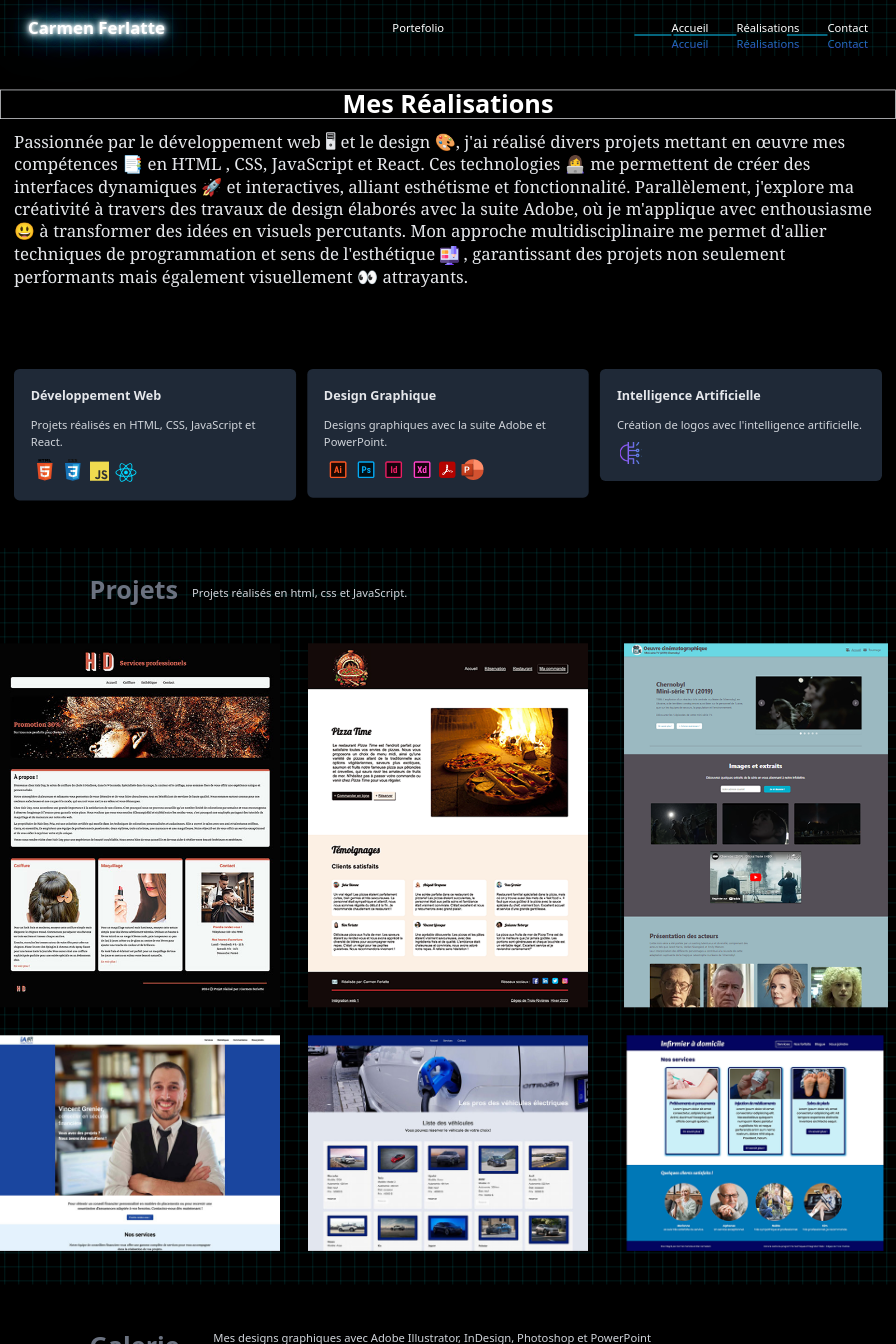
Repository: CarmenFerlatte/TP3__FerlatteCarmen
Page: realisations.html
The author's editor kept a copy of each file at every save. The page is drawn from the files as they stood at one save, then again after a run of saves.
The browser window is 1280 px wide. The pictures show the part of the page from y = 0 to 1920 px (the page is 2835 px tall before and 2837 px after), at 70% of full size.
Some web libraries are served in a nearby version. The style sheet was rebuilt from its Sass, Less or Tailwind sources for each picture, by a compiler version that may differ from the author's.

Above is the page before, as saved 2024-08-22 11:15:56.
Console error: TypeError: Cannot read properties of null (reading 'addEventListener')

### realisations.html
<!DOCTYPE html>
<html lang="fr-ca">
<head>
    <meta charset="UTF-8">
    <meta name="viewport" content="width=device-width, initial-scale=1.0">
    <link href="https://cdn.jsdelivr.net/npm/tailwindcss@2.2.19/dist/tailwind.min.css" rel="stylesheet">
    <title>Mon Portefolio</title>
    <script src="https://cdn.tailwindcss.com"></script>
    <link href="https://cdn.jsdelivr.net/npm/tailwindcss@2.2.19/dist/tailwind.min.css" rel="stylesheet">
    <link rel="stylesheet" href="https://cdnjs.cloudflare.com/ajax/libs/font-awesome/6.4.0/css/all.min.css">
    <link rel="stylesheet" href="style/css/style.css">
    <link rel="apple-touch-icon" sizes="180x180" href="img/favicons/apple-touch-icon.png">
    <link rel="icon" type="image/png" sizes="32x32" href="img/favicons/favicon-32x32.png">
    <link rel="icon" type="image/png" sizes="16x16" href="img/favicons/favicon-16x16.png">
    <link rel="manifest" href="img/favicons/site.webmanifest">
    <script src="https://code.jquery.com/jquery-3.6.0.min.js"></script>
    <script src="js/navbar.js" defer></script>
    <script src="js/script.js" defer></script>
    <script src="js/header.js" defer></script>
    <script src="js/install.js" defer></script>
    <script>
        $(function(){
            $("#header").load("assets/php/header.html");
            $("#footer").load("assets/php/footer.html");
        });
    </script>
</head>

<body class="bg-black text-white h-dvh">
    <header id="header"></header>

<main>
    <section class="md:h-full bg-black text-white py-8 sm:py-11 lg:py-12">
         <h1 class="text-2xl md:text-3xl lg:text-4xl font-bold text-center mt-20 border">Mes Réalisations</h1>
    <div class="container flex justify-center items-center mx-auto px-4 py-20 md:py-4">

        <p class="text-sm sm:text-md md:text-base lg:text-1xl xl:text-2xl leading-6 text-left mb-0 lg:mb-20 px-5 md:px-2 lg:px-1 2xl:px-0 text-gray-200 font-serif">Passionnée par le développement web 🖥  et le design 🎨, j'ai réalisé divers projets mettant en œuvre mes compétences 📑  en HTML , CSS, JavaScript et React. Ces technologies 👩‍💻 me permettent de créer des interfaces dynamiques 🚀 et interactives, alliant esthétisme et fonctionnalité. Parallèlement, j'explore ma créativité à travers des travaux de design élaborés avec la suite Adobe, où je m'applique avec enthousiasme 😃  à transformer des idées en visuels percutants. Mon approche multidisciplinaire me permet d'allier techniques de programmation et sens de l'esthétique <span><img class="w-7 inline-block align-middle" src="img/icons/design_web.svg" alt="icone design web"></span> , garantissant des projets non seulement performants mais également visuellement 👀 attrayants.  </p>

    </div>

<div class="container mx-auto px-4 py-1 md:py-5 md:mb-0 mt-[-10px] md:mt-0">
    <div class="grid grid-cols-12 gap-4 flex items-stretch px-5 md:px-2 lg:px-1">
        <div class="col-span-12 md:col-span-6 lg:col-span-4">
            <a href="#projets" title="Voir les projets">
                <div class="relative group cursor-pointer bg-gray-800 p-6 rounded-lg shadow-lg hover:bg-gray-700 hover:shadow-xl transition duration-300">
                    <h3 class="sm:text-lg md:text-1xl text-2xl font-bold text-gray-200">Développement Web</h3>
                    <p class="text-gray-300 mt-4 mb-1">Projets réalisés en HTML, CSS, JavaScript et React.</p>
                    <p class="flex">
                        <img src="img/icons/html5_icon.svg" alt="HTML5 icône" class="w-8 h-8 mt-2 mx-1">
                        <img src="img/icons/css3_icon.svg" alt="CSS3 icône" class="w-8 h-8 mt-2 mx-1">
                        <img src="img/icons/javascript_icon.svg" alt="JavaScript icône" class="w-7 h-7 mt-3 mx-1">
                        <img src="img/icons/react_native_icon.svg" alt="React icône" class="w-8 h-8 mt-3 mx-1">
                    </p>
                </div>
            </a>
        </div>

        <div class="col-span-12 md:col-span-6 lg:col-span-4 flex flex-col">
            <a href="#galerie" title="Voir les designs" class="flex-grow">
                <div class="relative group cursor-pointer bg-gray-800 p-6 rounded-lg shadow-lg hover:bg-gray-700 hover:shadow-xl transition duration-300 flex flex-col">
                    <h3 class="sm:text-lg md:text-1xl text-2xl font-bold text-gray-200 group">Design Graphique</h3>
                    <p class="text-gray-300 mt-4 mb-1">Designs graphiques avec la suite Adobe et PowerPoint.</p>
                    <div class="flex">
                        <img src="img/icons/adobe-illustrator_icon.svg" alt="Illustrator icône" class="w-8 h-8 mt-2 mx-1">
                        <img src="img/icons/adobe_photoshop_icon.svg" alt="Photoshop icône" class="w-8 h-8 mt-2 mx-1">
                        <img src="img/icons/adobe_indesign_icon.svg" alt="InDesign icône" class="w-8 h-8 mt-2 mx-1">
                        <img src="img/icons/adobe-xd_icon.svg" alt="XD icône" class="w-8 h-8 mt-2 mx-1">
                        <img src="img/icons/Adobe_Acrobat_Reader_icon.svg" alt="Acrobat Reader icône" class="w-6 h-6 mt-3 mx-1">
                        <img src="img/icons/microsoft_powerpoint_icon.svg" alt="PowerPoint icône" class="w-8 h-8 mt-2 mx-1">
                    </div>
                </div>
            </a>
        </div>

        <div class="col-span-12 md:col-span-6 lg:col-span-4 flex flex-col">
            <a href="#galerie" title="Voir les projets" class="flex-grow">
                <div class="relative group cursor-pointer bg-gray-800 p-6 rounded-lg shadow-lg hover:bg-gray-700 hover:shadow-xl transition duration-300 flex flex-col">
                    <h3 class="sm:text-lg md:text-1xl text-2xl font-bold text-gray-200">Intelligence Artificielle</h3>
                    <p class="text-gray-300 mt-4 mb-1">Création de logos avec l'intelligence artificielle.</p>
                    <div class="flex">
                        <img src="img/icons/intelligence_artificielle_icon.svg" alt="PowerPoint icône" class="w-8 h-8 mt-2 mx-1">
                    </div>
                </div>
            </a>
        </div>
    </div>
</div>


    </section>

    <section class="cyber-grid md:mt-auto">
        <div class="max-w-screen-sm md:max-w-screen-md lg:max-w-screen-lg 2xl:max-w-screen-2xl mx-auto flex inlign-flex align-items pt-10"><h2 id="projets" class="text-2xl md:text-3xl lg:text-4xl font-bold text-gray-500 lg:text-3xl dark:text-white ml-10 sm:ml-0">Projets</h2>
        <p class="hidden max-w-screen-sm text-1xl text-gray-300 dark:text-gray-300 md:block pt-3 pl-5">
                Projets réalisés en html, css et JavaScript.
                </p></div>
    <div class="container mx-auto py-8 md:mt-2 px-2 md:px-2 lg:px-0">

        <div class="grid grid-cols-1 md:grid-cols-2 lg:grid-cols-3 gap-10 p-4 w-full mx-auto place-items-start px-10 sm:px-0">
            <img class="hover:opacity-75" src="img/screenshots/2024__projet__salon_de_coiffure.jpg" alt="image">
            <img class="hover:opacity-75" src="img/screenshots/2024__projet__restaurant.png" alt="image">
            <img class="hover:opacity-75" src="img/screenshots/2024__projet_cinema.png" alt="image">
            <img class="hover:opacity-75" src="img/screenshots/2024__projet__vincent_grenier_w600.jpg" alt="image">
            <img class="hover:opacity-75" src="img/screenshots/mon_premier_projet_react.jpg" alt="image">
            <img class="hover:opacity-75" src="img/screenshots/2023__projet__soins_infirmiers.png" alt="image">
        </div>
    </div>
</section>
    <section class="dark:bg-gray-800 h-full pt-16">
        <div class="flex items-center gap-12 max-w-screen-sm md:max-w-screen-md lg:max-w-screen-lg 2xl:max-w-screen-2xl mx-auto mb-0">
                <h2 id="galerie" class="text-2xl md-text-3xl lg:text-4xl font-bold text-gray-500 dark:text-white">Galerie</h2>

                <p class="hidden max-w-screen-sm text-1xl text-gray-300 dark:text-gray-300 md:block">
                Mes designs graphiques avec Adobe Illustrator, InDesign, Photoshop et PowerPoint de Microsoft Office.
                </p>
            </div>
    <div class="mx-auto h-auto max-w-screen-2xl px-4 md:px-8 mb-16 mt-[-40px] md:mt-auto">

        <div class="mb-4 flex items-center justify-between gap-8 sm:mb-8 md:mb-12">


            <!-- <a href=""
                class="inline-block rounded-lg border bg-white dark:bg-gray-700 dark:border-none px-4 py-2 text-center text-sm font-semibold text-gray-500 dark:text-gray-200 outline-none ring-indigo-300 transition duration-100 hover:bg-gray-100 focus-visible:ring active:bg-gray-200 md:px-8 md:py-3 md:text-base">
                More
            </a> -->
        </div>

        <div class="grid grid-cols-1 md:grid-cols-2 lg:grid-cols-3 mx-10 gap-4 md:gap-6 xl:gap-8">
            <!-- image - start -->
            <a href="https://le-redacteur-sportif.ca/harricana_trail_2023.html" title="Le Rédacteur Sportif" target="_blank" rel="noopener noreferrer"
                class="group relative flex items-end h-72 md:h-80 overflow-hidden rounded-lg bg-gray-100 shadow-lg">
                <img src="img/design/harricana_trail_80km__charlevoix__Vincent_Greniert.jpg" loading="lazy" alt="Projet Carmen Ferlatte Adobe InDesign (brochure)" class="absolute inset-0 h-full w-full object-cover object-center transition duration-200 group-hover:scale-110">

                <div
                    class="pointer-events-none absolute inset-0 bg-gradient-to-t from-gray-800 via-transparent to-transparent opacity-50">
                </div>

                <span class="relative ml-4 mb-3 inline-block text-sm text-white md:ml-5 md:text-lg">PowerPoint</span>
            </a>
            <!-- image - end -->

            <!-- image - start -->
            <div
                class="group relative flex items-end h-72 md:h-48 overflow-hidden rounded-lg bg-gray-100 shadow-lg md:h-80">
                <img src="img/design/05__affiche_bungee__Carmen_Ferlatte.jpg" loading="lazy" alt="Projet Carmen Ferlatte Adobe Illustrator (affiche)" class="absolute inset-0 h-full w-full object-cover object-center transition duration-200 group-hover:scale-110">

                <div
                    class="pointer-events-none absolute inset-0 bg-gradient-to-t from-gray-800 via-transparent to-transparent opacity-50">
                </div>

                <span class="relative ml-4 mb-3 inline-block text-sm text-white md:ml-5 md:text-lg">Illustrator + Photoshop + Mockup</span>
            </div>
            <!-- image - end -->

            <!-- image - start -->
            <div
                class="group relative flex items-end h-72 md:h-48 overflow-hidden rounded-lg bg-gray-100 shadow-lg md:h-80">
                <img src="img/design/exercice_inDesign__Carmen_Ferlatte.jpg" loading="lazy" alt="Photo by Magicle" class="absolute inset-0 h-full w-full object-cover object-center transition duration-200 group-hover:scale-110">

                <div
                    class="pointer-events-none absolute inset-0 bg-gradient-to-t from-gray-800 via-transparent to-transparent opacity-50">
                </div>

                <span class="relative ml-4 mb-3 inline-block text-sm text-white md:ml-5 md:text-lg">InDesign</span>
            </div>
            <!-- image - end -->

            <!-- image - start -->
            <a href="https://le-redacteur-sportif.ca/harricana_trail_2023.html" title="Le Rédacteur Sportif" target="_blank" rel="noopener noreferrer"
                class="group relative flex items-end h-72 md:h-48 overflow-hidden rounded-lg bg-gray-100 shadow-lg md:h-80">
                <img src="img/design/casquette__RS__w1200.jpg" loading="lazy" alt="Affiche médias sociaux PowerPoint / Carmen Ferlatte" class="absolute inset-0 h-full w-full object-cover object-center transition duration-200 group-hover:scale-110">

                <div
                    class="pointer-events-none absolute inset-0 bg-gradient-to-t from-gray-800 via-transparent to-transparent opacity-50">
                </div>

                <span class="relative ml-4 mb-3 inline-block text-sm text-white md:ml-5 md:text-lg">Photoshop + Mockup</span>
            </a>
            <!-- image - end -->

            <!-- image - start -->
            <div
                class="group relative flex h-72 md:h-48 items-end overflow-hidden rounded-lg bg-gray-100 shadow-lg md:h-80">
                <img src="img/design/projet__brochure__spa__450x345.jpg" loading="lazy" alt="Brochure InDesign et Mockup / Carmen Ferlatte" class="absolute inset-0 h-full w-full object-cover object-center transition duration-200 group-hover:scale-110">

                <div
                    class="pointer-events-none absolute inset-0 bg-gradient-to-t from-gray-800 via-transparent to-transparent opacity-50">
                </div>

                <span class="relative ml-4 mb-3 inline-block text-sm text-white md:ml-5 md:text-lg">InDesign / Mockup</span>
            </div>
            <!-- image - end -->
             <!-- image - start -->
            <div
                class="group relative flex h-72 md:h-48 items-end overflow-hidden rounded-lg bg-gray-100 shadow-lg md:h-80">
                <img src="img/design/logo_colley_carmen_ferlatte.jpg" loading="lazy" alt="Logo fait avec l'Intélligence artificielle / Carmen Ferlatte" class="absolute inset-0 h-full w-full object-cover object-center transition duration-200 group-hover:scale-110">

                <div
                    class="pointer-events-none absolute inset-0 bg-gradient-to-t from-gray-800 via-transparent to-transparent opacity-50">
                </div>

                <span class="relative ml-4 mb-3 inline-block text-sm text-white md:ml-5 md:text-lg">Intélligence artificielle</span>
            </div>
            <!-- image - end -->
        </div>
    </div>
</section>
</main>

   <footer id="footer" class="block clear-both mt-16"></footer>
</body>
</html>

### assets/php/header.html
<header>
  <nav class="bg-animated cyber-grid fixed w-full z-50">
    <div class="w-full mx-auto px-6 md:px-10">
      <div class="flex justify-between items-center py-6">
        <a
          href="index.html"
          class="text-xl sm:text-1xl lg:text-2xl font-bold neon-text glitch-effect"
          data-text="Carmen Ferlatte"
          >Carmen Ferlatte</a
        >
        <label for="menu-toggle">Portefolio</label>
        <input type="checkbox" id="menu-toggle" class="hidden" />
        <label for="menu-toggle" class="menu-icon cursor-pointer md:hidden">
          <span class="hamburger"></span>
        </label>
        <ul class="menu hidden md:flex md:items-center space-x-10">
          <li>
            <a href="index.html" class="nav-link" data-text="Accueil"
              >Accueil</a
            >
          </li>
          <li>
            <a
              href="realisations.html"
              class="nav-link"
              data-text="Réalisations"
              >Réalisations</a
            >
          </li>
          <li>
            <a href="contact.html" class="nav-link" data-text="Contact"
              >Contact</a
            >
          </li>
          <!-- <li><a href="#" class="bg-gradient-to-r from-cyan-500 to-blue-500 text-white font-bold py-2 px-4 rounded hover:from-cyan-600 hover:to-blue-600 transition-all duration-300">Sign Up</a></li> -->
        </ul>
      </div>
    </div>
  </nav>
</header>

### assets/php/footer.html
<footer class="cyber-grid">
    <div class="container mx-auto px-4 py-10">
        <p class="text-center text-white">© 2024 Carmen Ferlatte. Tous droits réservés.</p>
   </div>
</footer>

### style/sass/style.scss
@use "navbar" as *;

### style/sass/_navbar.scss
@keyframes neon-pulse {
    0%, 100% {
        text-shadow: 0 0 5px #fff, 0 0 10px #fff, 0 0 15px #fff, 0 0 20px #0891b2, 0 0 35px #0891b2, 0 0 40px #0891b2, 0 0 50px #0891b2, 0 0 75px #0891b2;
    }
    50% {
        text-shadow: 0 0 2px #fff, 0 0 5px #fff, 0 0 7px #fff, 0 0 10px #0891b2, 0 0 17px #0891b2, 0 0 20px #0891b2, 0 0 25px #0891b2, 0 0 37px #0891b2;
    }
}

.neon-text {
    animation: neon-pulse 1.5s infinite alternate;
}

.bg-animated {
    background: linear-gradient(-45deg, #000000, #1a1a1a, #000033, #003366);
    background-size: 400% 400%;
    animation: gradient 15s ease infinite;
}

@keyframes gradient {
    0% { background-position: 0% 50%; }
    50% { background-position: 100% 50%; }
    100% { background-position: 0% 50%; }
}

.cyber-grid {
    background-image:
        linear-gradient(rgba(0, 255, 255, 0.1) 1px, transparent 1px),
        linear-gradient(90deg, rgba(0, 255, 255, 0.1) 1px, transparent 1px);
    background-size: 20px 20px;
    animation: cyber-grid-move 20s linear infinite;
}

@keyframes cyber-grid-move {
    0% { background-position: 0 0; }
    100% { background-position: 20px 20px; }
}



.nav-link {
    position: relative;
    overflow: hidden;

        &::before {
            content: '';
            position: absolute;
            bottom: 0;
            left: 0;
            width: 100%;
            height: 2px;
            background-color: #0891b2;
            transform: translateX(-100%);
            transition: transform 0.3s ease;
        }

       &:hover::before {
            transform: translateX(0);
        }

        &::after {
            content: attr(data-text);
            position: absolute;
            top: 0;
            left: 0;
            width: 100%;
            height: 100%;
            display: flex;
            align-items: center;
            justify-content: center;
            transform: translateY(100%);
            background: linear-gradient(to bottom, #0891b2, #3e43cb);
            -webkit-background-clip: text;
            background-clip: text;
            -webkit-text-fill-color: transparent;
            transition: transform 0.3s ease;
        }

        &:hover::after {
            transform: translateY(0);
        }
}


.glitch-effect {
    position: relative;

    &::before,
    &::after {
        content: attr(data-text);
        position: absolute;
        top: 0;
        left: 0;
        width: 100%;
        height: 100%;
        opacity: 0.8;
    }

    &::before {
        left: 2px;
        text-shadow: -2px 0 #ff00de;
        clip: rect(24px, 550px, 90px, 0);
        animation: glitch-anim 3s infinite linear alternate-reverse;
    }

    &::after {
        left: -2px;
        text-shadow: -2px 0 #0891b2;
        clip: rect(85px, 550px, 140px, 0);
        animation: glitch-anim 2s infinite linear alternate-reverse;
    }

}



@keyframes glitch-anim {
    0% { clip: rect(39px, 9999px, 71px, 0); }
    20% { clip: rect(3px, 9999px, 5px, 0); }
    40% { clip: rect(6px, 9999px, 38px, 0); }
    60% { clip: rect(13px, 9999px, 43px, 0); }
    80% { clip: rect(44px, 9999px, 93px, 0); }
    100% { clip: rect(54px, 9999px, 47px, 0); }
}

#menu-toggle {
    &:checked {
        ~ .menu {
            display: block;
        }

        ~ .menu-icon {
            .hamburger {
                transform: rotate(45deg);

                &::before {
                    transform: translateY(8px) rotate(90deg);
                }

                &::after {
                    transform: translateY(-8px) rotate(90deg);
                }
            }
        }
    }
}

.hamburger,
.hamburger::before,
.hamburger::after {
    content: '';
    display: block;
    background: #0891b2;
    height: 3px;
    width: 30px;
    transition: transform 0.5s cubic-bezier(0.23, 1, 0.32, 1);
}

.hamburger {
    &::before {
        transform: translateY(-8px);
    }

    &::after {
        transform: translateY(8px);
    }
}

@media (max-width: 768px) {
    .menu {
        position: fixed;
        top: 60px;
        left: 0;
        right: 0;
        width: 100%;
        height: 0;
        background: rgba(0, 0, 0, 0.9);
        overflow: hidden;
        transition: height 0.5s cubic-bezier(0.23, 1, 0.32, 1);
        text-align: right;
        padding-right: 20px;
        padding-top: 20px;

        a {
            display: block;
            font-size: 1.2rem;
            padding: 10px 0;
            text-decoration: underline 2px #0891b2;

            &:hover {
                color: #0891b2;
                text-decoration: none;
                cursor: pointer;
            }
        }
    }

    #menu-toggle:checked ~ .menu {
        height: calc(100vh - 60px);
    }
}

@media (max-width: 640px) {
    .no-glitch {
        animation: none !important;
    }
}

/*-------------Invisible Navbar-------------*/

.navbar-hidden {
    transform: translateY(-100%);
    transition: transform 0.3s ease-in-out;
}

Loaded but not shown: js/script.js (33 lines, source omitted); js/navbar.js (30 lines, source omitted); js/header.js (32 lines, source omitted); js/install.js (31 lines, source omitted)

After the next 2 saves:
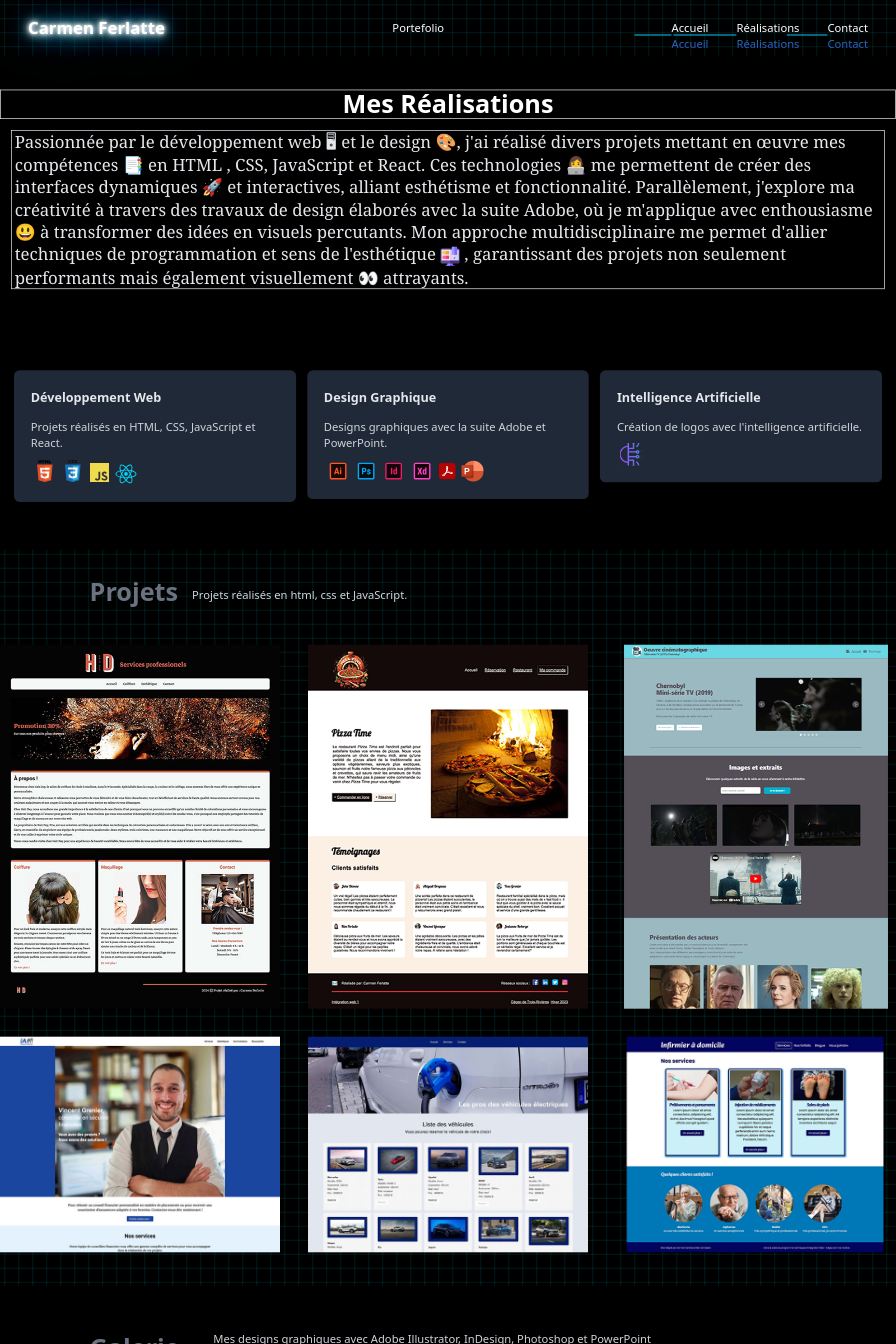
The 2 saves are shown as one change because they came seconds apart.
The last was saved 34 s later.
--- a/realisations.html
+++ b/realisations.html
@@ -34,7 +34,7 @@
          <h1 class="text-2xl md:text-3xl lg:text-4xl font-bold text-center mt-20 border">Mes Réalisations</h1>
     <div class="container flex justify-center items-center mx-auto px-4 py-20 md:py-4">
 
-        <p class="text-sm sm:text-md md:text-base lg:text-1xl xl:text-2xl leading-6 text-left mb-0 lg:mb-20 px-5 md:px-2 lg:px-1 2xl:px-0 text-gray-200 font-serif">Passionnée par le développement web 🖥  et le design 🎨, j'ai réalisé divers projets mettant en œuvre mes compétences 📑  en HTML , CSS, JavaScript et React. Ces technologies 👩‍💻 me permettent de créer des interfaces dynamiques 🚀 et interactives, alliant esthétisme et fonctionnalité. Parallèlement, j'explore ma créativité à travers des travaux de design élaborés avec la suite Adobe, où je m'applique avec enthousiasme 😃  à transformer des idées en visuels percutants. Mon approche multidisciplinaire me permet d'allier techniques de programmation et sens de l'esthétique <span><img class="w-7 inline-block align-middle" src="img/icons/design_web.svg" alt="icone design web"></span> , garantissant des projets non seulement performants mais également visuellement 👀 attrayants.  </p>
+        <p class="text-sm sm:text-md md:text-base lg:text-1xl xl:text-2xl leading-6 text-left mb-0 lg:mb-20 px-5 md:px-2 lg:px-1 2xl:px-0 text-gray-200 font-serif border">Passionnée par le développement web 🖥  et le design 🎨, j'ai réalisé divers projets mettant en œuvre mes compétences 📑  en HTML , CSS, JavaScript et React. Ces technologies 👩‍💻 me permettent de créer des interfaces dynamiques 🚀 et interactives, alliant esthétisme et fonctionnalité. Parallèlement, j'explore ma créativité à travers des travaux de design élaborés avec la suite Adobe, où je m'applique avec enthousiasme 😃  à transformer des idées en visuels percutants. Mon approche multidisciplinaire me permet d'allier techniques de programmation et sens de l'esthétique <span><img class="w-7 inline-block align-middle" src="img/icons/design_web.svg" alt="icone design web"></span> , garantissant des projets non seulement performants mais également visuellement 👀 attrayants.  </p>
 
     </div>
 
